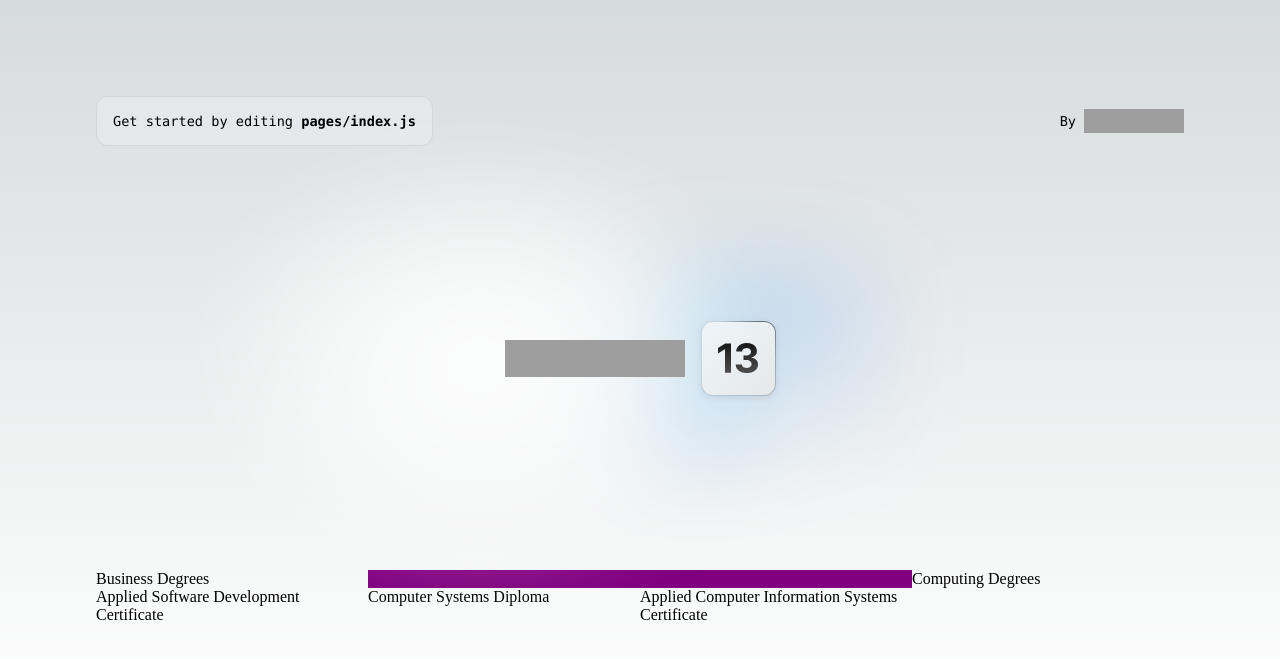
Repository: TeoEstrada9/Week-3-example
Page: /
An editor plug-in stored every save of this project. The page is shown before and after the next save, followed by the edit.
The browser window is 1280 px wide. The pictures show the whole page.
Pictures or frames that could not be fetched are drawn as grey boxes. The project was rebuilt for these pictures with package versions that can differ from the ones it lists, and the page was loaded fresh each time. The framework's server and built-in components were replaced by stand-ins that run in the browser. Also part of the build but not shown: next.config.js.

Above is the page before, as saved 2023-01-16 11:05:59.

After the next save:
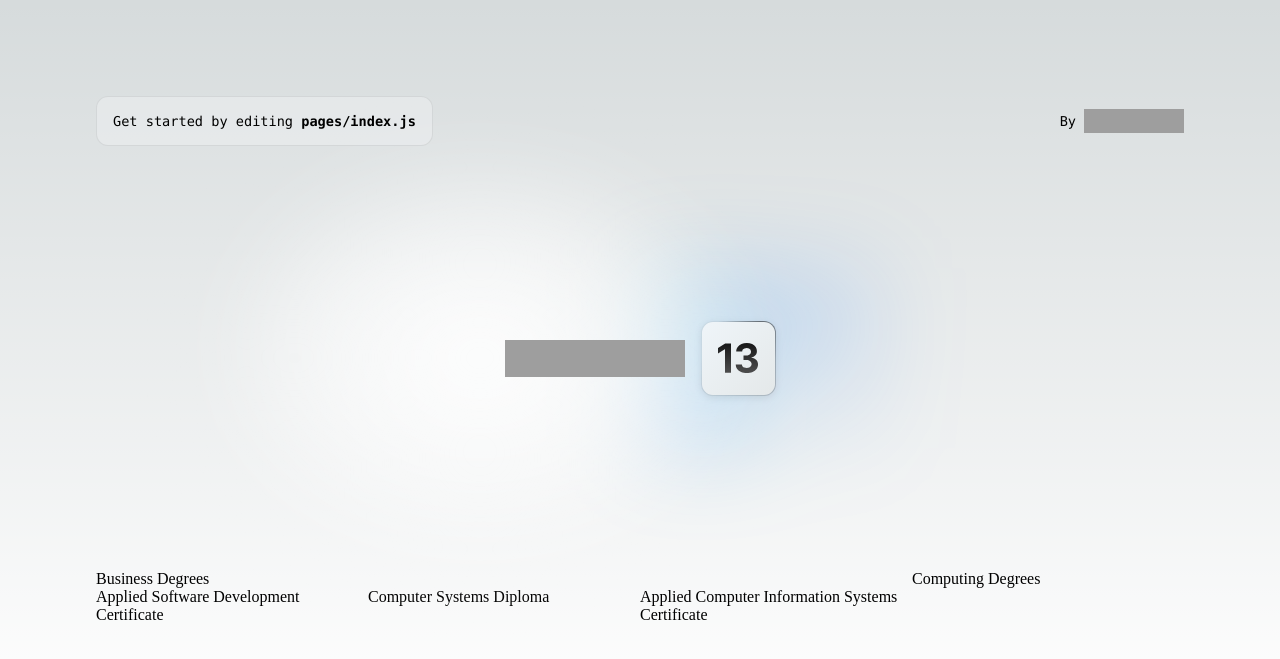
Saved 4 s later.
--- a/pages/index.js
+++ b/pages/index.js
@@ -73,7 +73,7 @@ export default function Home() {
           {information && information.map((info, index) => {
             if(info.department === "Business")
             return(
-              <Card key={index} degree={info.degree}/>
+              <Card key={index} degree={info.degree} colour/>
             )
 
           })}
